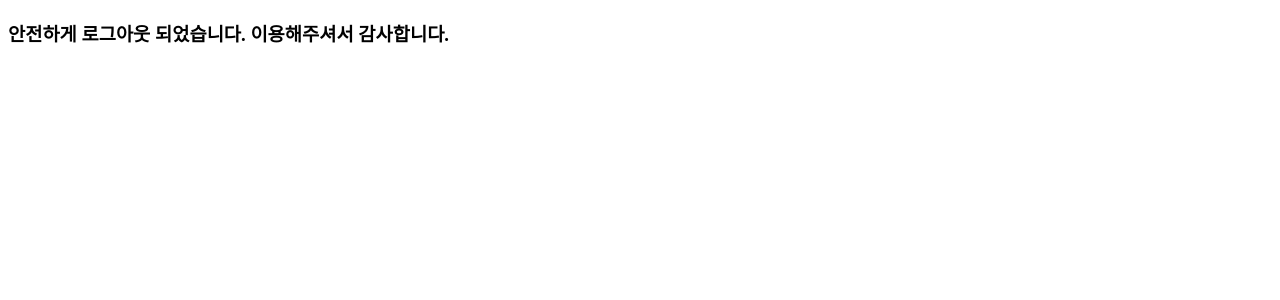
Repository: Gabintree/JDBC2019
Page: http://localhost/JDBC_20190521/20190527_Logout.jsp
An editor plug-in stored every save of this project. The page is shown before and after the next save, followed by the edit.
The browser window is 1280 px wide. The pictures show the whole page.
The page is served by Tomcat 9.

Above is the page before, as saved 2019-05-27 00:55:46.

After the next save:
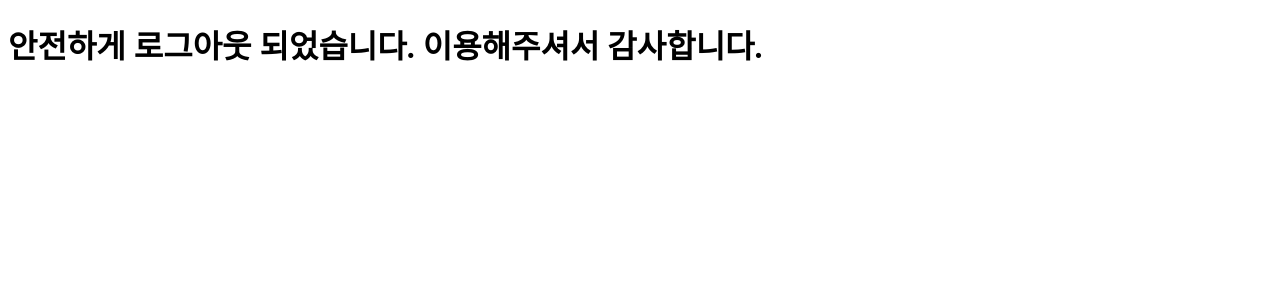
Saved 19 s later.
--- a/JDBC_20190521/WebContent/20190527_Logout.jsp
+++ b/JDBC_20190521/WebContent/20190527_Logout.jsp
@@ -10,6 +10,6 @@
 
 
 
-<h3>안전하게 로그아웃 되었습니다. 이용해주셔서 감사합니다.</h3>
+<h1>안전하게 로그아웃 되었습니다. 이용해주셔서 감사합니다.</h1>
 </body>
 </html>
